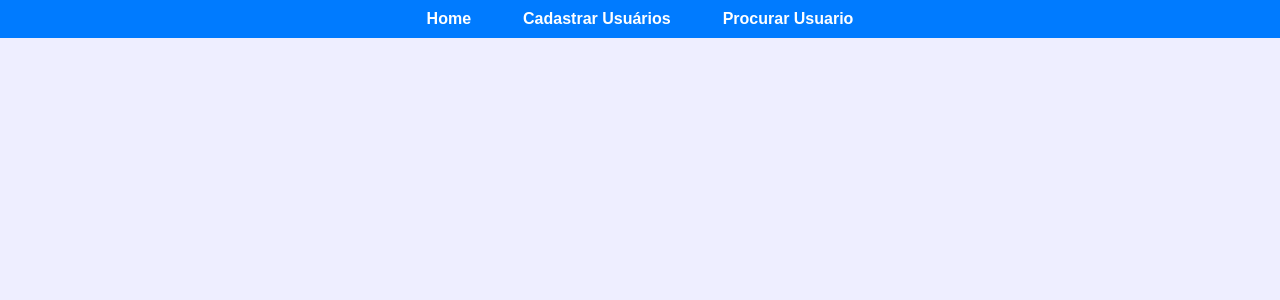
Repository: diegoeiti/Logica-Programacao
Page: http://localhost/paginas/verificarUsuario.php
An editor plug-in stored every save of this project. The page is shown before and after a run of saves, followed by the edit.
The browser window is 1280 px wide. The pictures show the whole page.
The page is run by PHP 8.4 with error messages shown; the project is at /var/www/html/.

Above is the page before, as saved 2025-10-31 09:14:25.

### Modulo 3 - PHP/Aula 20 CRUDalunos/paginas/verificarUsuario.php
<!DOCTYPE html>
<html lang="pt-br">
<head>
    <meta charset="UTF-8">
    <meta name="viewport" content="width=device-width, initial-scale=1.0">
    <title>Verificar Usuário</title>
    <link rel="stylesheet" href="../estilos/styleVerificar.css">
</head>
<body>

    <header>
        <nav>
            <ul>
                <li><a href="..index/html">Home</a></li>
                <li><a href="cadastro.php">Cadastrar Usuários</a></li>
                <li><a href="#">Procurar Usuario</a></li>
            </ul>
        </nav>
    </header>

    <main>
        <section id="container">
            <form action="verificarUsuario" method="post">

            </form>
        </section>
    </main>
</body>
</html>

### Modulo 3 - PHP/Aula 20 CRUDalunos/estilos/styleVerificar.css
* {
    box-sizing: border-box;
}

body {
    font-family: Arial, sans-serif;
    background-color: #eef;
    margin: 0;
    padding: 0;
}


header {
    background-color: #007bff;
    padding: 10px 0;
    color: white;
}
nav ul {
    list-style: none;
    display: flex;
    justify-content: center;
    gap: 20px;
    padding: 0;
    margin: 0;
}

nav ul li a {
    text-decoration: none;
    color: white;
    font-weight: bold;
    padding: 8px 16px;
    border-radius: 5px;
    transition: background 0.3s;
}
nav ul li a:hover {
    background-color: #0056b3;
}

main {
    display: flex;
    flex-direction: column;
    align-items: center;
    height: calc(100vh - 60px);
    padding: 20px;
    width: 70vw;
    margin: auto;
}

#containerSection {
    width: 50%;
}

section {
    width: 80%;
}

form {
    display: flex;
    flex-direction: row;
    justify-content: space-around;
    align-items: center;
}

#form-nota {
    display: flex;
    flex-direction: column;
    justify-content: space-around;
    align-items: center;
}

#curso, input[type="email"] {
    width: 80%;
    padding: 8px;
    border-radius: 4px;
    border: 1px solid #ccc;
}
input[type="number"] {
    width: 80%;
    padding: 4px;
    border-radius: 4px;
    border: 1px solid #ccc;
    text-align: center;
}

input[type="submit"] {
    padding: 8px;
    background-color: #007bff;
    color: white;
    border: none;
    border-radius: 6px;
    cursor: pointer;
}

input[type="submit"]:hover {
    background-color: #0056b3;
}

table {
    width: 100%;
    border-collapse: collapse;
    margin: 20px 0;
    font-family: Arial, sans-serif;
    box-shadow: 0 2px 5px rgba(0, 0, 0, 0.1);
}

thead {
    background-color: #007bff;
    color: white;
}

th, td {
    padding: 10px;
    text-align: left;
    border: 1px solid #ddd;
    text-align: center;
}

th {
    font-weight: bold;
    font-size: 1.1em;
}

tr:nth-child(even) {
    background-color: #f2f2f2;
}

tr:hover {
    background-color: #f1f1f1;
}

table td {
    font-size: 1em;
    color: #333;
}

table {
    border-radius: 8px;
    overflow: hidden;
}

.mensagem {
    margin-top: 15px;
    padding: 10px;
    border-radius: 6px;
    text-align: center;
    font-weight: bold;
}

.erro {
    background-color: #f8d7da;
    color: #721c24;
}

#btn-excluir {
    background-color: #e74c3c; /* Vermelho */
    color: white;
    padding: 10px 15px;
    border: none;
    border-radius: 5px;
    cursor: pointer;
    font-size: 14px;
    transition: background-color 0.3s;
}

/* Alterando a cor de fundo quando o mouse passa por cima */
#btn-excluir:hover {
    background-color: #c0392b;
}

#botao-nota {
    display: block;
}

After the next 4 saves:
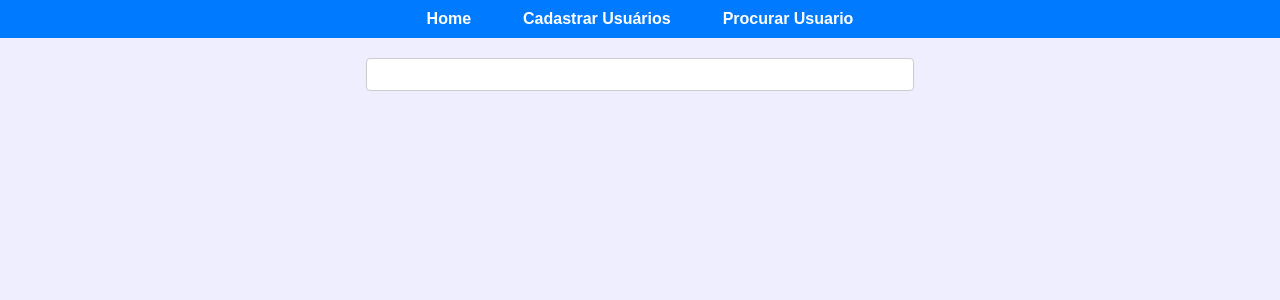
The 4 saves are shown as one change because they came seconds apart.
The last was saved 47 s later.
--- a/Modulo 3 - PHP/Aula 20 CRUDalunos/paginas/verificarUsuario.php
+++ b/Modulo 3 - PHP/Aula 20 CRUDalunos/paginas/verificarUsuario.php
@@ -21,7 +21,7 @@
     <main>
         <section id="container">
             <form action="verificarUsuario" method="post">
-
+                <input type="email" name>
             </form>
         </section>
     </main>
